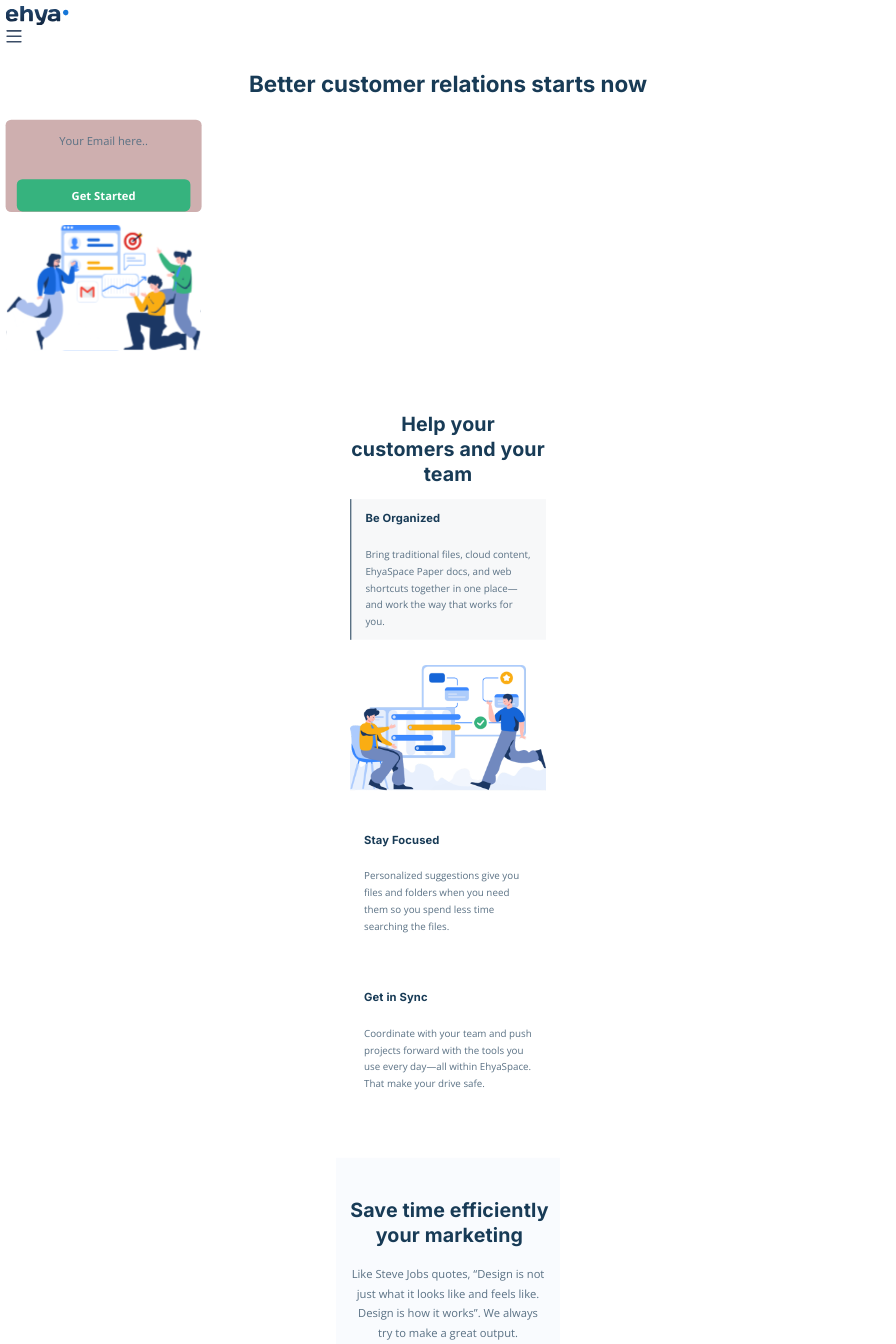
Repository: umlaufissss/provaFront
Page: HTML/index.html
The author's editor kept a copy of each file at every save. The page is drawn from the files as they stood at one save, then again after the next save.
The browser window is 1280 px wide. The pictures show the part of the page from y = 0 to 1920 px (the page is 3531 px tall), at 70% of full size.
Some web fonts or font styles are not loaded; a fallback is used.

Above is the page before, as saved 2026-06-22 19:34:32.

After the next save:
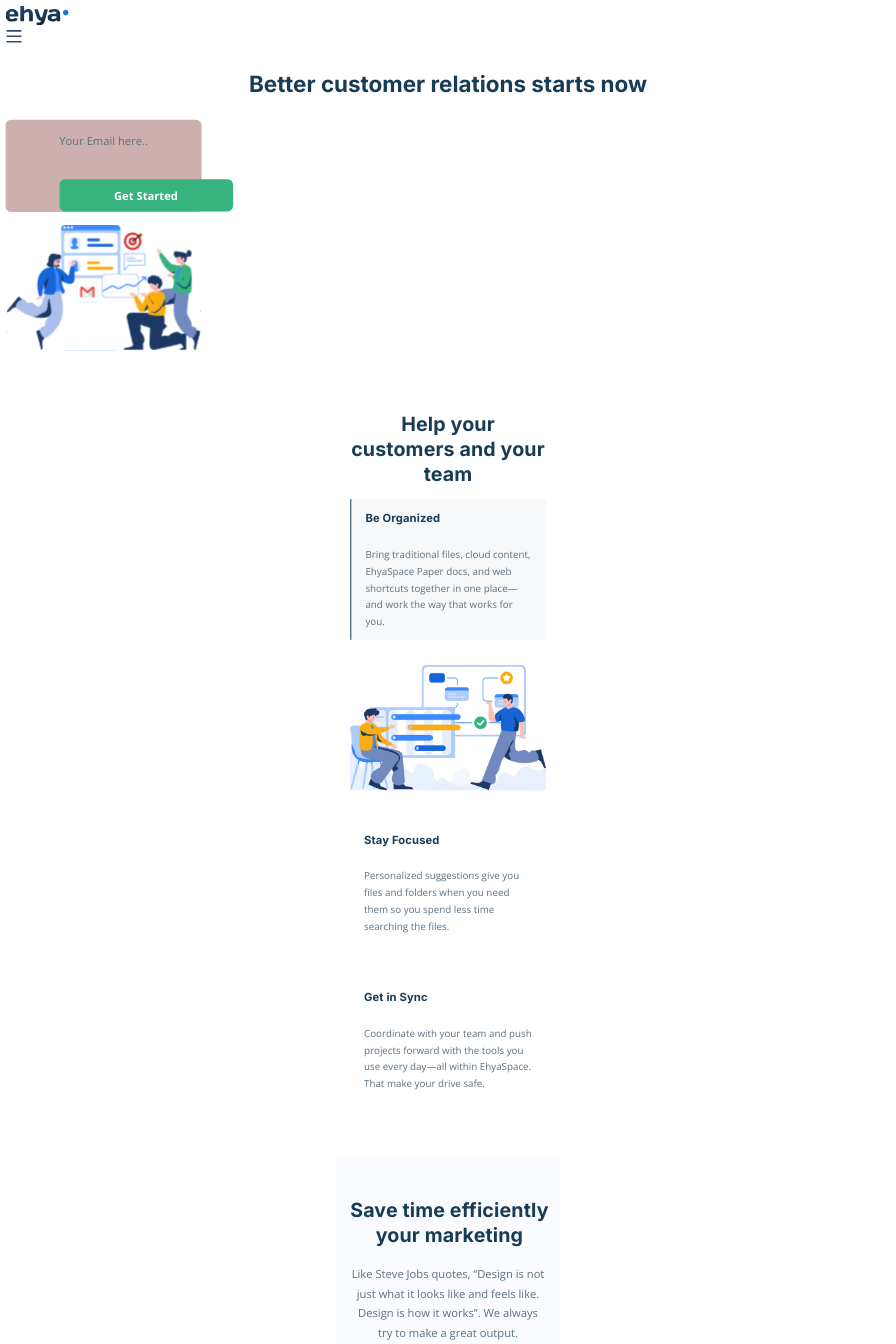
Saved 7 s later.
--- a/CSS/style.css
+++ b/CSS/style.css
@@ -68,7 +68,7 @@
 .card p{
     font-family: "Open Sans";
     height: 28px;
-    width: ;
+    width: 127px;
 }
 
 
